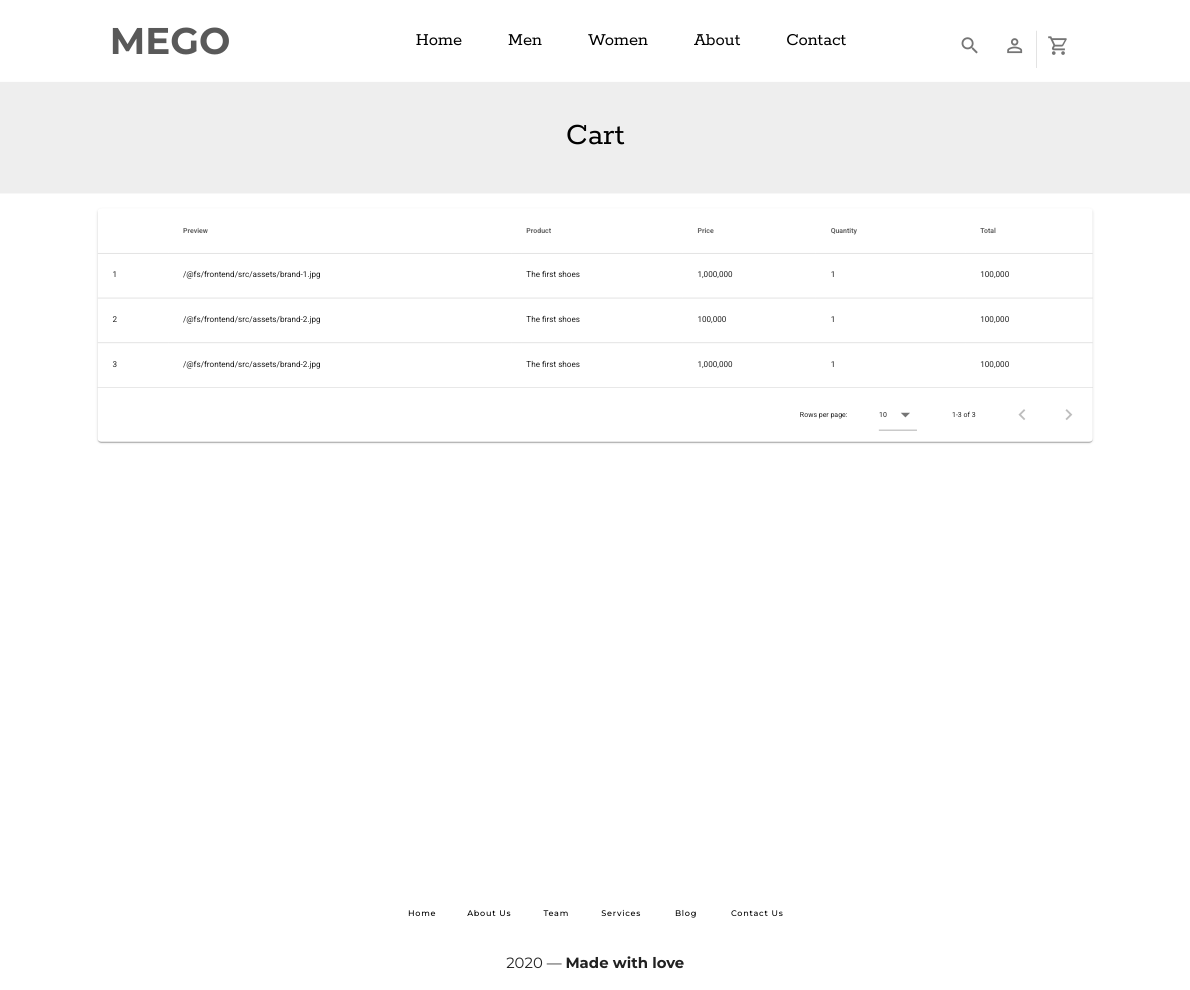
Repository: nguyenphuong152/mego-frontend
Page: /cart (app in frontend/)
The author's editor kept a copy of each file at every save. The page is drawn from the files as they stood at one save, then again after the next save.
The browser window is 1280 px wide. The pictures show the whole page, at 93% of full size.
The project was rebuilt for these pictures with package versions that can differ from the ones it lists, and the page was loaded fresh each time. Also part of the build but not shown: frontend/vue.config.js, frontend/src/components/Customer/Collection.vue, frontend/src/components/Customer/Banner.vue, frontend/src/components/Customer/BestSeller.vue, frontend/src/components/Customer/Partner.vue, frontend/src/views/Customer/Home.vue, frontend/src/components/Customer/ProductCategory.vue, frontend/src/components/Customer/ProductView.vue and 10 more. Imported but missing from the stored project, and not drawn on this page: frontend/src/views/Admin/Category.vue, frontend/src/views/Admin/ManageProduct.vue, frontend/src/views/Admin/ManageUser.vue, frontend/src/views/Admin/OrderList.vue.

Above is the page before, as saved 2020-11-28 09:19:53.

After the next save:
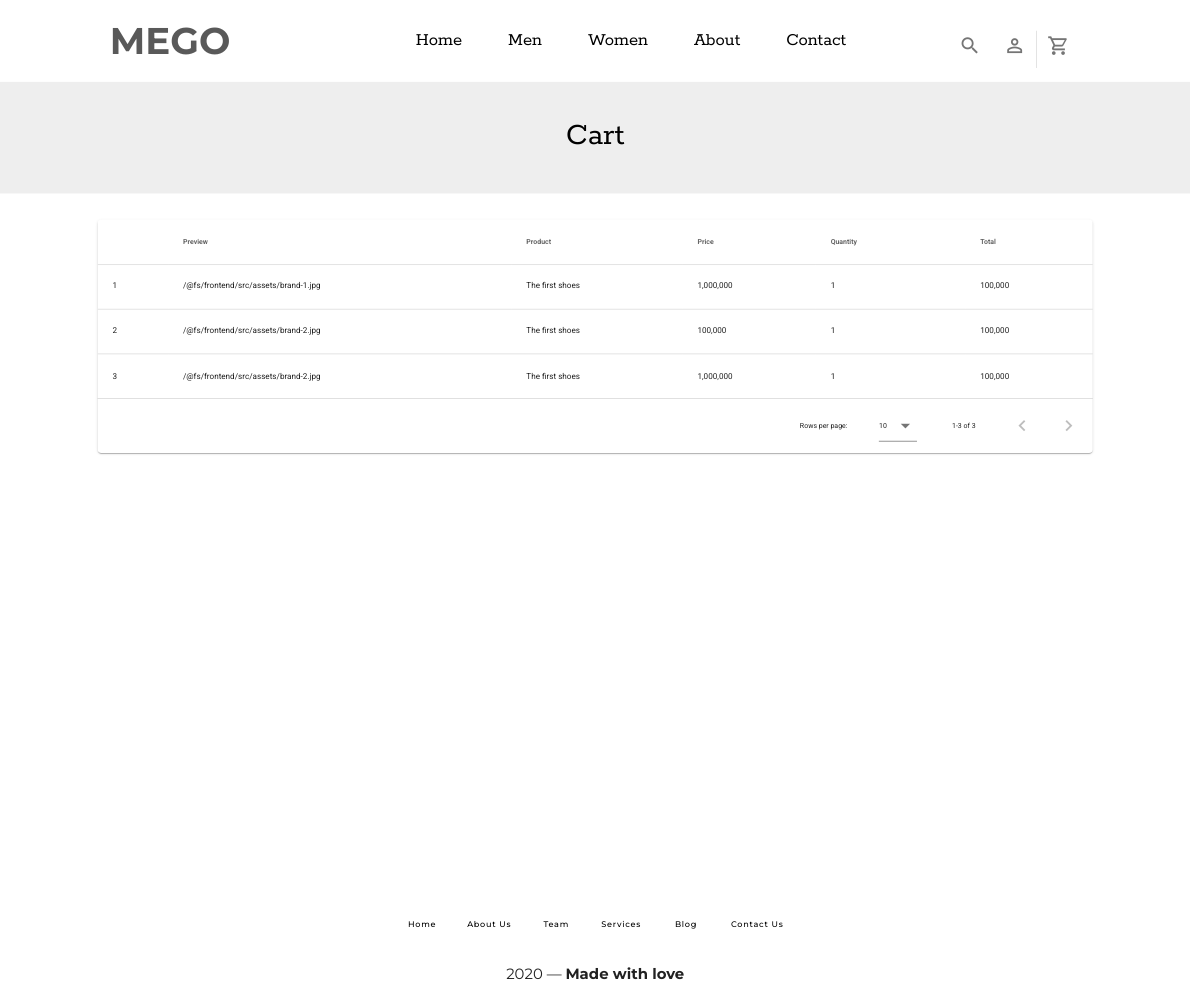
Saved 22 s later.
--- a/frontend/src/views/Customer/Cart.vue
+++ b/frontend/src/views/Customer/Cart.vue
@@ -6,7 +6,7 @@
       </v-container>
     </v-sheet>
     <div>
-      <v-container class="pt-4">
+      <v-container class="mt-4">
         <totalProducts />
       </v-container>
     </div>
